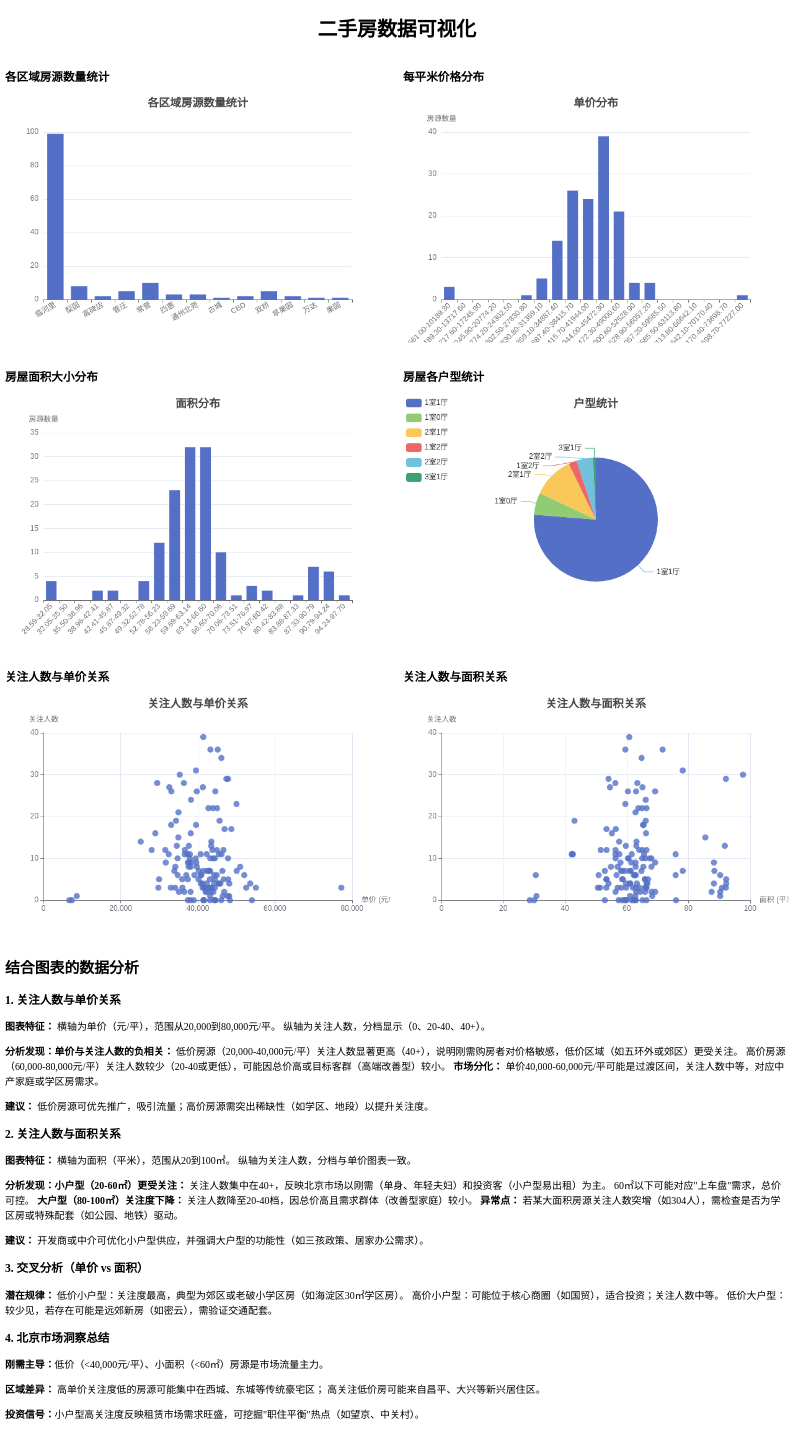
Repository: sakimi-9/DPV-SHP_BeiJing
Page: / (app in py_crawler/rendering/)
The author's editor kept a copy of each file at every save. The page is drawn from the files as they stood at one save, then again after the next save.
The browser window is 1280 px wide. The pictures show the whole page, at 62% of full size.
The project was rebuilt for these pictures with package versions that can differ from the ones it lists, and the page was loaded fresh each time. Also part of the build but not shown: py_crawler/rendering/vite.config.ts.

Above is the page before, as saved 2025-05-22 16:15:30.

After the next save:
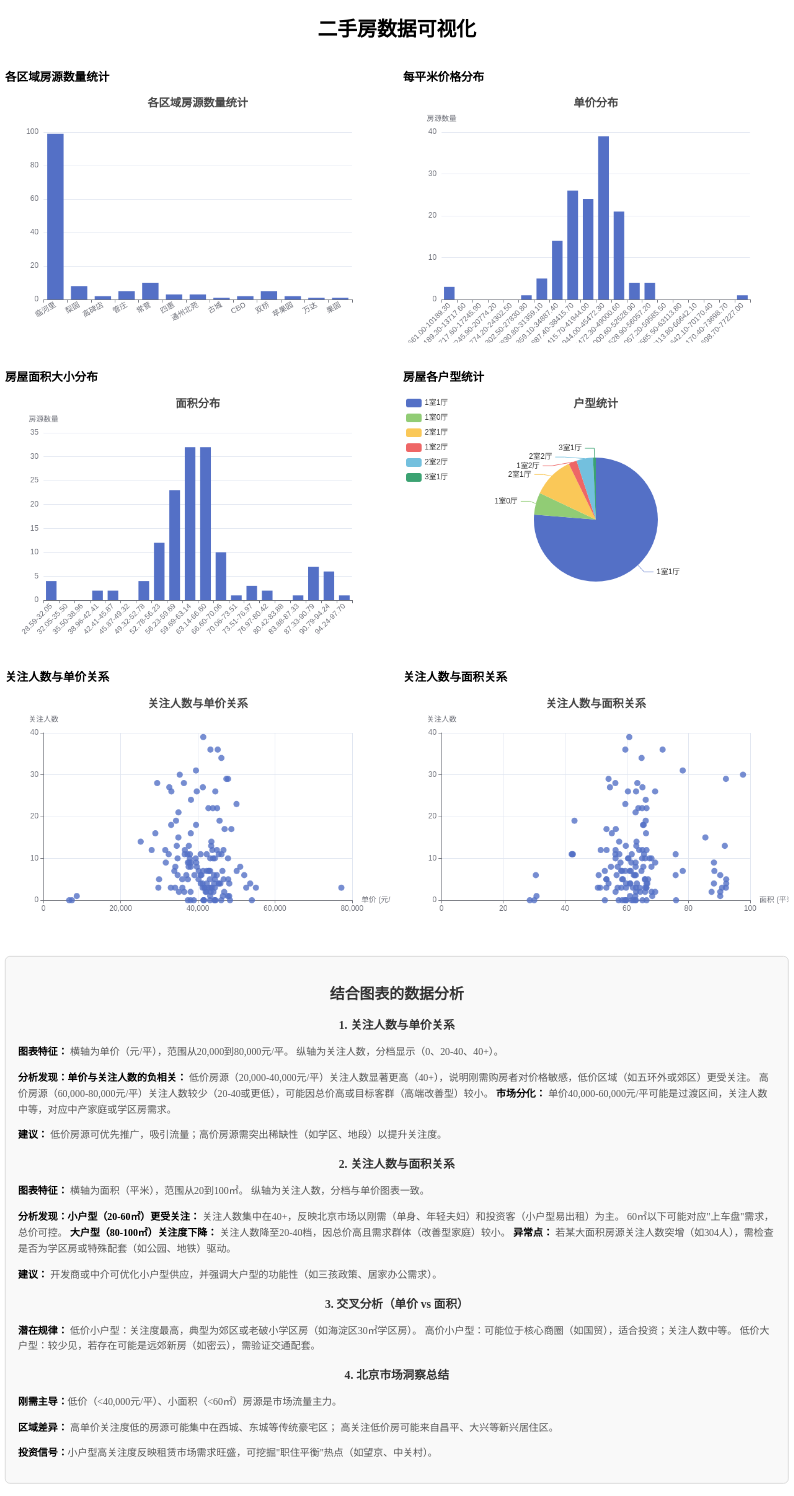
Saved 105 s later.
--- a/py_crawler/rendering/src/App.vue
+++ b/py_crawler/rendering/src/App.vue
@@ -219,7 +219,8 @@ onMounted(async () => {
 </script>
 
 <style scoped>
-/* 只保留 App.vue 自己的样式 */
+/* Add any specific styles for the 3D visualization container if needed */
+/* Only retain App.vue's own styles */
 div {
   margin-bottom: 20px;
 }
@@ -228,5 +229,51 @@ button {
   margin-right: 10px;
 }
 
-/* 移除迁移到 TwoDCharts.vue 的样式 */
+/* Add styles for the data analysis container */
+.data-analysis-container {
+  border: 1px solid #ccc;
+  /* Add a border */
+  padding: 20px;
+  /* Add padding inside the box */
+  margin-top: 20px;
+  /* Add some space above the box */
+  background-color: #f9f9f9;
+  /* Add a light background color */
+  border-radius: 8px;
+  /* Rounded corners */
+}
+
+.data-analysis-container h2,
+.data-analysis-container h3 {
+  text-align: center;
+  /* Center the titles within the box */
+  color: #333;
+  /* Darker color for titles */
+}
+
+.data-analysis-container p {
+  line-height: 1.6;
+  /* Improve readability with more line spacing */
+  color: #555;
+  /* Slightly lighter color for text */
+  margin-bottom: 15px;
+  /* Space between paragraphs */
+}
+
+.data-analysis-container p strong {
+  color: #000;
+  /* Make strong text black */
+}
+
+/* Remove styles migrated to TwoDCharts.vue */
+/* Keep only App.vue specific styles */
+
+/* Example styles for layout if needed, adjust based on your structure */
+/*
+.container {
+    max-width: 960px;
+    margin: 0 auto;
+    padding: 20px;
+}
+*/
 </style>
